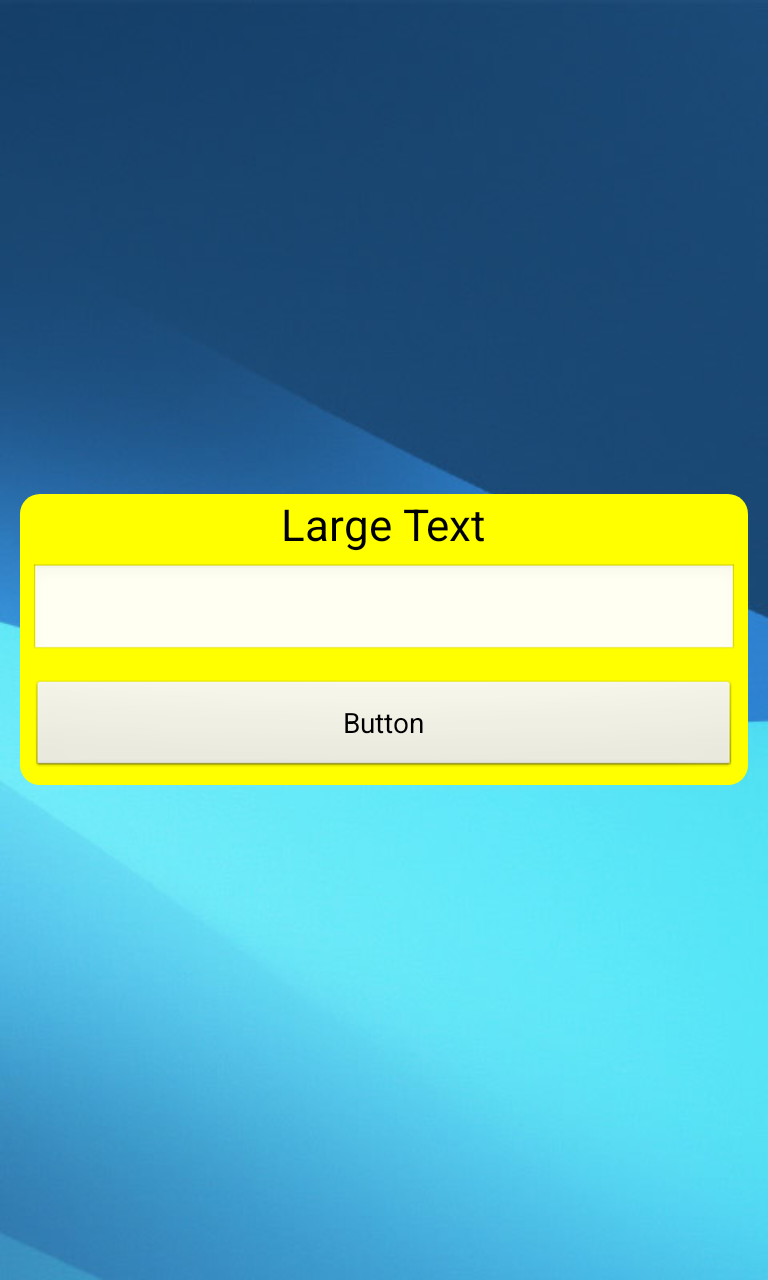
Repository: jonatansantos/Android-Server-Status
Layout: desarrollo/Principal/res/layout/login.xml
An editor plug-in stored every save of this project. The layout is shown before and after the next save, followed by the edit.
It is drawn on a 768 x 1280 px phone screen (xhdpi) without system bars, with theme android:Theme.Light.NoTitleBar; the app's code is not run.

Above is the layout before, as saved 2012-06-04 16:24:12.

### desarrollo/Principal/res/layout/login.xml
<?xml version="1.0" encoding="utf-8"?>
<RelativeLayout xmlns:android="http://schemas.android.com/apk/res/android"
    android:background="@drawable/fondo"
    android:id="@+id/RelativeLayout1"
    android:layout_width="match_parent"
    android:layout_height="match_parent"
    android:orientation="vertical" >





    <LinearLayout
        android:id="@+id/linear1"
        android:layout_width="match_parent"
        android:layout_height="wrap_content"
        android:layout_centerHorizontal="true"
        android:layout_centerVertical="true"
        android:layout_margin="10dp"
        android:background="@drawable/borde"
        android:orientation="vertical" >



        <TextView
            android:id="@+id/textView1"
            android:layout_width="wrap_content"
            android:layout_height="wrap_content"
            android:layout_gravity="center"
            android:gravity="center"
            android:text="Large Text"
            android:textAppearance="?android:attr/textAppearanceLarge" />


        <EditText
            android:id="@+id/editText1"
            android:layout_width="match_parent"
            android:layout_height="wrap_content"
            android:layout_margin="5dp"
            android:ems="10" />




        <LinearLayout
            android:id="@+id/linear2"
            android:layout_width="match_parent"
            android:layout_height="wrap_content"
            android:layout_weight="2"
            android:weightSum="2" >




            <Button
                android:id="@+id/button1"
                android:layout_width="match_parent"
                android:layout_height="wrap_content"
                android:layout_margin="5dp"
                android:layout_weight="1"
                android:text="Button" />

        </LinearLayout>

    </LinearLayout>

</RelativeLayout>

### desarrollo/Principal/res/drawable/borde.xml
<?xml version="1.0" encoding="utf-8"?>
<shape xmlns:android="http://schemas.android.com/apk/res/android"
    android:shape="rectangle">
    <solid android:color="#FFFF00"/>
    <corners android:bottomRightRadius="10dp" android:bottomLeftRadius="10dp"
        android:topLeftRadius="10dp" android:topRightRadius="10dp"/>


</shape>

After the next save:
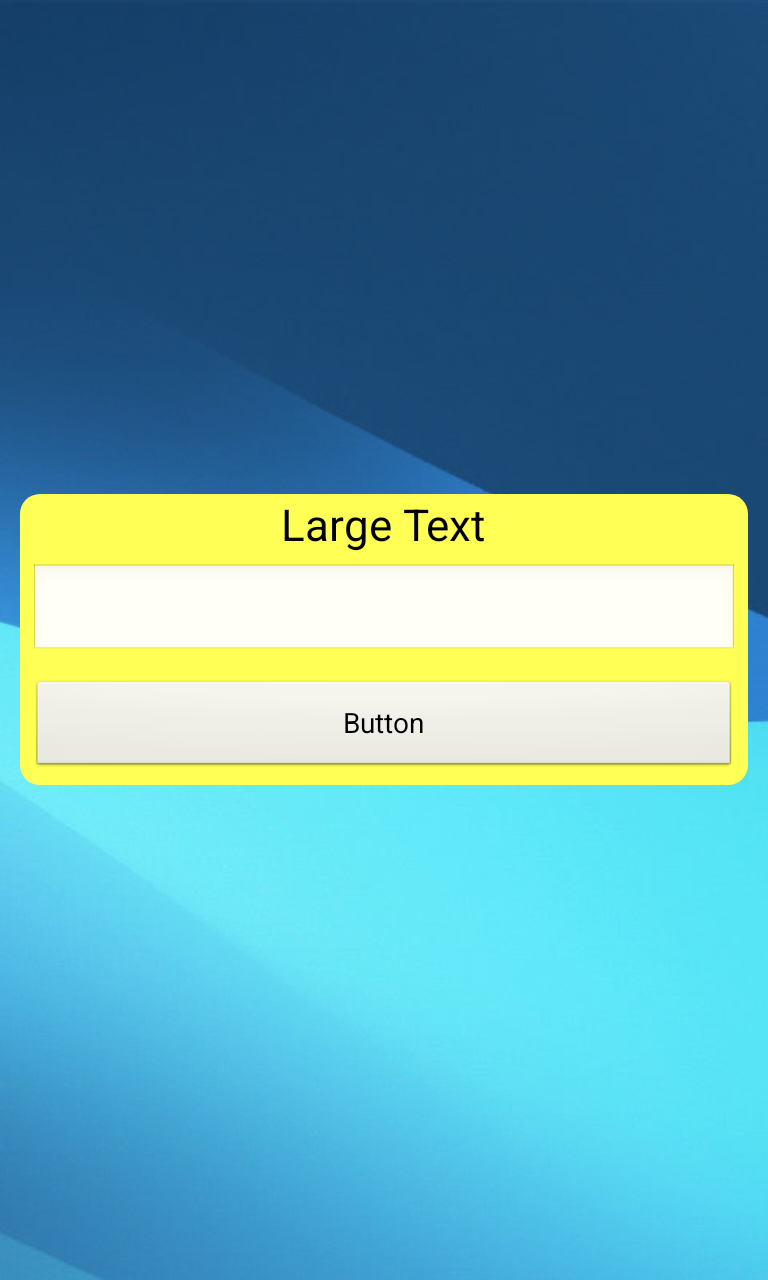
Saved 13 s later.
--- a/desarrollo/Principal/res/drawable/borde.xml
+++ b/desarrollo/Principal/res/drawable/borde.xml
@@ -1,7 +1,7 @@
 <?xml version="1.0" encoding="utf-8"?>
 <shape xmlns:android="http://schemas.android.com/apk/res/android"
     android:shape="rectangle">
-    <solid android:color="#FFFF00"/>
+    <solid android:color="#FFFF55"/>
     <corners android:bottomRightRadius="10dp" android:bottomLeftRadius="10dp"
         android:topLeftRadius="10dp" android:topRightRadius="10dp"/>
 
